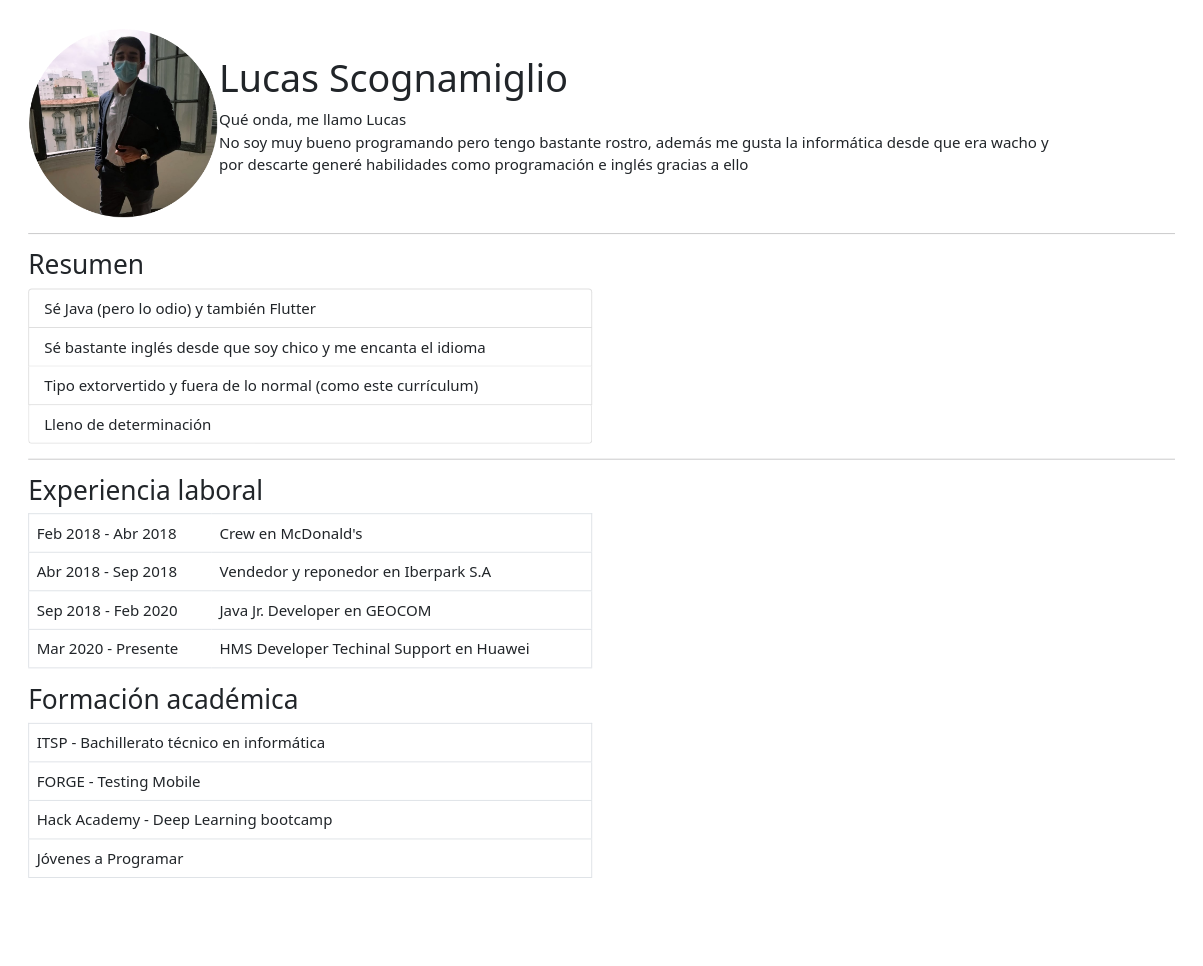
Repository: ScoggoDev/DesarrolloWeb
Page: tarea en equipo 1/cv.html
An editor plug-in stored every save of this project. The page is shown before and after the next save, followed by the edit.
The browser window is 1280 px wide. The pictures show the whole page, at 94% of full size.

Above is the page before, as saved 2021-07-07 21:49:08.

After the next save:
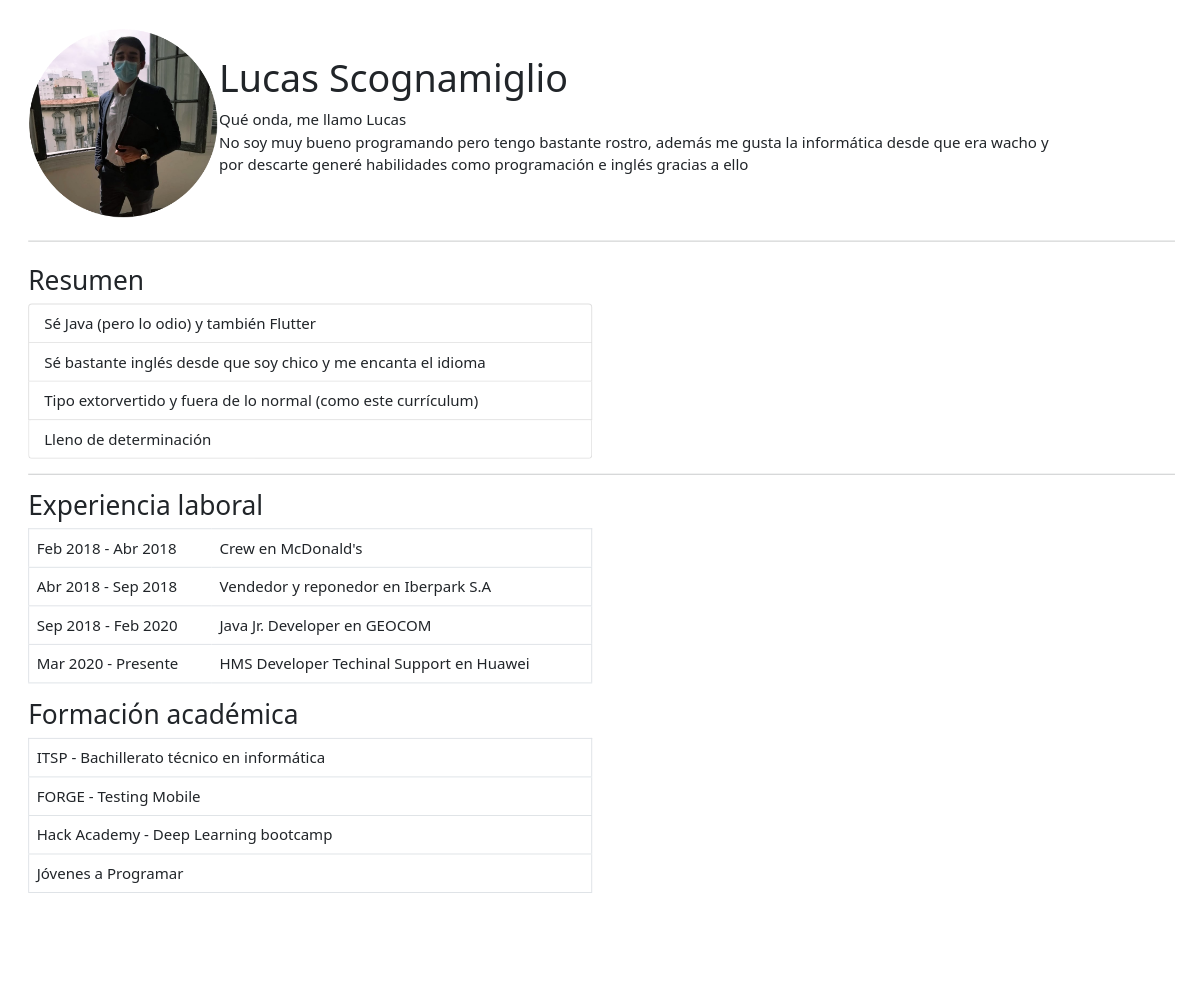
Saved 3 min 55 s later.
--- a/tarea en equipo 1/cv.html
+++ b/tarea en equipo 1/cv.html
@@ -13,7 +13,7 @@
           <p>Qué onda, me llamo Lucas<br> No soy muy bueno programando pero tengo bastante rostro, además me gusta la informática desde que era wacho y <br>por descarte generé habilidades como programación e inglés gracias a ello <br> </p></td>
     </table>
 
-    <hr>
+    <hr class="my-4">
     <h3>Resumen</h3>
     <div style="width: 600px; ">
         <ul class="list-group">
